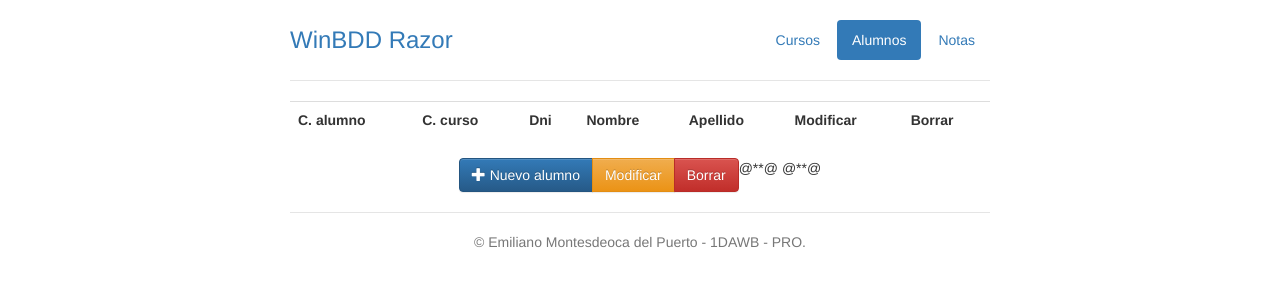
Repository: emontesdeoc/1DAWB
Page: http://localhost/Eclipse/views/alumnos.php
The author's editor kept a copy of each file at every save. The page is drawn from the files as they stood at one save, then again after the next save.
The browser window is 1280 px wide. The pictures show the whole page.
The page is run by PHP 8.4 with error messages shown; the project is at /var/www/html/. Queries for data that is not in the repository find no rows.

Above is the page before, as saved 2017-05-22 10:41:36.

### PRO/Tercer trimestre/Practica/Eclipse/PracticaPHP/views/alumnos.php
<!DOCTYPE html>
<html>
<head>
    <title>PHP - Alumnos</title>
    <link href="assets/css/bootstrap.css" rel="stylesheet">
    <link href="assets/css/bootstrap-theme.css" rel="stylesheet">
    <link href="assets/css/style.css" rel="stylesheet">
    <meta name="viewport" content="width=device-width, initial-scale=1">
</head>
<body>

<?php
session_start();

$mysqli = new mysqli ( "localhost", "root", "", "ocupacional" );
$mysqli->set_charset ( "utf8" );
$result = $mysqli->query ( "select * from alumnos" );
$rowCount = $result->num_rows;

$row = $result->fetch_row();

?>

    <div class="container">
        <div class="header clearfix">
            <nav>
                <ul class="nav nav-pills pull-right">
                    <li role="presentation"><a href="cursos.php">Cursos</a></li>
                    <li role="presentation" class="active"><a href="alumnos.php">Alumnos</a></li>
                    <li role="presentation"><a href="notas.php">Notas</a></li>
                </ul>
            </nav>
            <h3 class="text-muted"><a href="../index.html"> WinBDD Razor </a></h3>
        </div>
        <!-- @* Cursos contenedor *@ -->
        <div id="form-container" style="width:100%;">
            <form method="post" action="">
                <table class="table table-hover" style="margin-bottom: 0px;">
                    <tr>
                        <th>C. alumno</th>
                        <th>C. curso</th>
                        <th>Dni</th>
                        <th>Nombre</th>
                        <th>Apellido</th>
                        <th>Modificar</th>
                        <th>Borrar</th>
                    </tr>

                    <?php

                    while($results = mysqli_fetch_assoc($result)) {
                    	printf("<tr>");
                    	printf("<td>@a.COD_ALU</td>");
                    	printf("<td>@a.COD_CUR</td>");
                    	printf("<td>@a.DNI</td>");
                    	printf("<td>@a.NOMBRE</td>");
                    	printf("<td>@a.APELLIDOS</td>");
                    	printf("<td><button type=\"button\" class=\"btn btn-warning\" data-toggle=\"modal\" data-target=\".bs-modificar-modal-sm\" onclick=\"CargarModificar('@a.COD_ALU', '@a.COD_CUR', '@a.DNI', '@a.APELLIDOS', '@a.NOMBRE');\"><span class=\"glyphicon glyphicon-pencil\" aria-hidden=\"true\"></span> Modificar</button></td>");
                    	printf("<td><button type=\"button\" class=\"btn btn-danger\" data-toggle=\"modal\" data-target=\".bs-borrar-modal-sm\" onclick=\"CargarBorrar('@a.COD_ALU', '@a.COD_CUR', '@a.DNI', '@a.APELLIDOS', '@a.NOMBRE');\"><span class=\"glyphicon glyphicon-remove\" aria-hidden=\"true\"></span> Borrar</button></td>");
                    	printf("</tr>");

                    }
                    ?>
                </table>
                <div class="text-center">
                    <div class="btn-group" role="group" aria-label="..." style="margin-bottom:10px;">

                        <!-- @for (int i = 1; i <= new WinBDDRazor.logic.alumnos().GetAllAlumnos().Count / 5 + 1; i++)
                        {

                            if (i < (new WinBDDRazor.logic.alumnos().GetAllAlumnos().Count / 5) + 1)
                            {
                                @*<button type="submit" class="btn btn-default" name="CargaPaginaAlumnos" value="@i">@i</button>*@
                                <button type="submit" class="btn btn-default" name="CargaPaginaAlumnos" value="@i">@i</button>
                            }

                            if (i == new WinBDDRazor.logic.alumnos().GetAllAlumnos().Count / 5 + 1)
                            {
                                string a = Convert.ToDouble(new WinBDDRazor.logic.alumnos().GetAllAlumnos().Count / 5.00).ToString();
                                string[] ar = a.Split(',');
                                try
                                {
                                    if (Convert.ToInt32(ar[1]) > 0)
                                    {
                                        @*<button type="submit" class="btn btn-default" name="CargaPaginaAlumnos" value="@i">@i</button>*@
                                        <button type="submit" class="btn btn-default" name="CargaPaginaAlumnos" value="@i">@i</button>
                                    }
                                }
                                catch (Exception)
                                {

                                }
                            }
                        } -->
                    </div>
                </div>

            </form>
            <div class="text-center">
                <div class="btn-group" style="text-align:center;">
                    <button type="button" class="btn btn-primary" data-toggle="modal" data-target=".bs-nuevo-modal-sm"><span class="glyphicon glyphicon-plus" aria-hidden="true"></span> Nuevo alumno</button>
                    @*<button type="submit" class="btn btn-warning" data-toggle="modal" data-target=".bs-modificar-modal-sm">Modificar</button>*@
                    @*<button type="submit" class="btn btn-danger" data-toggle="modal" data-target=".bs-borrar-modal-sm">Borrar</button>*@
                </div>
            </div>


        </div>

        <!-- @* Modal nuevo curso *@ -->
        <div class="modal fade bs-nuevo-modal-sm" tabindex="-1" role="dialog" aria-labelledby="mySmallModalLabel">
            <div class="modal-dialog modal-sm" role="document">
                <div class="modal-content">
                    <div class="text-center">
                        <h2>Nuevo alumno</h2>
                    </div>
                    <div id="modal-form-container">
                        <form method="post" action="">
                            <div class="form-group">
                                <label for="cod_alu">Codigo de alumno</label>
                                <input type="text" class="form-control" id="cod_alu" placeholder="Codigo de alumno" name="nuevo_codalu">
                            </div>
                            <div class="form-group">
                                <label for="cod_cur">Codigo de curso</label>
                                <select class="form-control" name="nuevo_codcur" id="cod_cur">
                                    <!-- @foreach (WinBDDRazor.bd.CURSO c in new WinBDDRazor.logic.cursos().GetAllCursos())
                                    { -->
                                    <option value="@c.COD_CUR">@c.DESCRIPCION</option>
                                    <!-- } -->
                                </select>
                            </div>
                            <div class="form-group">
                                <label for="dni">DNI</label>
                                <input type="text" class="form-control" id="dni" placeholder="DNI" name="nuevo_dni">
                            </div>
                            <div class="form-group">
                                <label for="apellidos">Apellidos</label>
                                <input type="text" class="form-control" id="apellidos" placeholder="Apellidos" name="nuevo_apellido">
                            </div>
                            <div class="form-group">
                                <label for="nombre">Nombre</label>
                                <input type="text" class="form-control" id="nombre" placeholder="Nombre" name="nuevo_nombre">
                            </div>
                            <div class="text-center">
                                <div class="form-group btn-group" style="margin-bottom: -15px;">
                                    <button type="submit" class="btn btn-success" name="nuevo_confirmar"><span class="glyphicon glyphicon-ok" aria-hidden="true"></span> Confirmar</button>
                                </div>
                            </div>

                        </form>
                    </div>
                </div>
            </div>
        </div>

        <!-- @* Modal modificar curso *@ -->
        <div class="modal fade bs-modificar-modal-sm" tabindex="-1" role="dialog" aria-labelledby="mySmallModalLabel">
            <div class="modal-dialog modal-sm" role="document">
                <div class="modal-content">
                    <div class="text-center">
                        <h2>Modificar alumno</h2>
                    </div>
                    <div id="modal-form-container">
                        <form method="post" action="">
                            <div class="form-group">
                                <label for="cod_alu">Codigo de alumno</label>
                                <input type="text" class="form-control" id="modificar_cod_alu" placeholder="Codigo de alumno" name="modificar_codalu" value="" readonly />
                            </div>
                            <div class="form-group">
                                <label for="cod_cur">Codigo de curso</label>
                                <select class="form-control" name="modificar_codcur" id="modificar_cod_cur">
                                    <!-- @foreach (WinBDDRazor.bd.CURSO c in new WinBDDRazor.logic.cursos().GetAllCursos())
                                    { -->
                                    <option value="@c.COD_CUR">@c.DESCRIPCION</option>
                                    <!-- } -->
                                </select>
                            </div>
                            <div class="form-group">
                                <label for="dni">DNI</label>
                                <input type="text" class="form-control" id="modificar_dni" placeholder="DNI" name="modificar_dni" value="" />
                            </div>
                            <div class="form-group">
                                <label for="apellidos">Apellidos</label>
                                <input type="text" class="form-control" id="modificar_apellidos" placeholder="Apellidos" name="modificar_apellido" value="" />
                            </div>
                            <div class="form-group">
                                <label for="nombre">Nombre</label>
                                <input type="text" class="form-control" id="modificar_nombre" placeholder="Nombre" name="modificar_nombre" value="" />
                            </div>
                            <div class="text-center">
                                <div class="form-group btn-group" style="margin-bottom: -15px;">
                                    <button type="submit" class="btn btn-success" name="modificar_confirmar"><span class="glyphicon glyphicon-ok" aria-hidden="true"></span> Confirmar</button>
                                </div>
                            </div>
                        </form>
                    </div>
                </div>
            </div>
        </div>

        <!-- @* Modal borrar curso *@ -->
        <div class="modal fade bs-borrar-modal-sm" tabindex="-1" role="dialog" aria-labelledby="mySmallModalLabel">
            <div class="modal-dialog modal-sm" role="document">
                <div class="modal-content">
                    <div class="text-center">
                        <h2>Borrar alumno</h2>
                    </div>
                    <div id="modal-form-container">
                        <form method="post" action="">
                            <div class="form-group">
                                <label for="cod_alu">Codigo de alumno</label>
                                <input type="text" class="form-control" id="borrar_cod_alu" placeholder="Codigo de alumno" name="borrar_codalu" value="" readonly />
                            </div>
                            <div class="form-group">
                                <label for="cod_cur">Codigo de curso</label>
                                <select class="form-control" name="borrar_codcur" id="borrar_cod_cur" readonly>
                                    <!-- @foreach (WinBDDRazor.bd.CURSO c in new WinBDDRazor.logic.cursos().GetAllCursos())
                                    { -->
                                    <option value="@c.COD_CUR">@c.DESCRIPCION</option>
                                    <!-- } -->
                                </select>
                            </div>
                            <div class="form-group">
                                <label for="dni">DNI</label>
                                <input type="text" class="form-control" id="borrar_dni" placeholder="DNI" name="borrar_dni" value="" readonly />
                            </div>
                            <div class="form-group">
                                <label for="apellidos">Apellidos</label>
                                <input type="text" class="form-control" id="borrar_apellidos" placeholder="Apellidos" name="borrar_apellido" value="" readonly />
                            </div>
                            <div class="form-group">
                                <label for="nombre">Nombre</label>
                                <input type="text" class="form-control" id="borrar_nombre" placeholder="Nombre" name="borrar_nombre" value="" readonly />
                            </div>
                            <div class="form-group">
                                <div class="checkbox">
                                    <label>
                                        <input type="checkbox" name="eliminar_checkbox" value="option1" aria-label="...">
                                        Confirmar para borrar curso
                                    </label>
                                </div>
                            </div>
                            <div class="text-center">
                                <div class="form-group btn-group" style="margin-bottom: -15px;">
                                    <button type="submit" class="btn btn-danger" name="borrar_confirmar"><span class="glyphicon glyphicon-remove" aria-hidden="true"></span> Confirmar</button>
                                </div>
                            </div>
                        </form>
                    </div>
                </div>
            </div>
        </div>

        <footer class="footer">
            <p style="text-align:center">&copy; Emiliano Montesdeoca del Puerto - 1DAWB - PRO.</p>
        </footer>
    </div>
    <!-- /container -->
    <!-- jQuery (necessary for Bootstrap's JavaScript plugins) -->
    <script src="https://ajax.googleapis.com/ajax/libs/jquery/1.12.4/jquery.min.js"></script>
    <!-- Include all compiled plugins (below), or include individual files as needed -->
    <script src="assets/js/bootstrap.js"></script>

    <!-- @* Javascript necesario para no hacer postback *@ -->
    <script type="text/javascript" language="javascript">
        function CargarModificar(codalu, codcur, dni, apellidos, nombre) {
            document.getElementById("modificar_cod_alu").setAttribute('value', codalu);
            document.getElementById("modificar_cod_cur").setAttribute('value', codcur);
            document.getElementById("modificar_dni").setAttribute('value', dni);
            document.getElementById("modificar_apellidos").setAttribute('value', apellidos);
            document.getElementById("modificar_nombre").setAttribute('value', nombre);

            var element = document.getElementById('modificar_cod_cur');
            element.value = codcur;
        }
    </script>

    <!-- @* Javascript necesario para no hacer postback *@ -->
    <script type="text/javascript" language="javascript">
        function CargarBorrar(codalu, codcur, dni, apellidos, nombre) {
            document.getElementById("borrar_cod_alu").setAttribute('value', codalu);
            document.getElementById("borrar_cod_cur").setAttribute('value', codcur);
            document.getElementById("borrar_dni").setAttribute('value', dni);
            document.getElementById("borrar_apellidos").setAttribute('value', apellidos);
            document.getElementById("borrar_nombre").setAttribute('value', nombre);

            var element = document.getElementById('borrar_cod_cur');
            element.value = codcur;
        }
    </script>
</body>
</html>

### PRO/Tercer trimestre/Practica/Eclipse/PracticaPHP/views/assets/css/style.css
/* Space out content a bit */
body {
    padding-top: 20px;
    padding-bottom: 20px;
}

/* Everything but the jumbotron gets side spacing for mobile first views */
.header,
.marketing,
.footer {
    padding-right: 15px;
    padding-left: 15px;
}

/* Custom page header */
.header {
    padding-bottom: 20px;
    border-bottom: 1px solid #e5e5e5;
}
    /* Make the masthead heading the same height as the navigation */
    .header h3 {
        margin-top: 0;
        margin-bottom: 0;
        line-height: 40px;
    }

/* Custom page footer */
.footer {
    padding-top: 19px;
    color: #777;
    border-top: 1px solid #e5e5e5;
}

#form-container {
    width: 43%;
    margin: 0 auto;
    margin-bottom: 20px;
}

#modal-form-container {
    margin: 0 auto;
    margin-bottom: 20px;
    padding: 20px;
}

/* Customize container */
@media (min-width: 768px) {
    .container {
        max-width: 730px;
    }
}

.container-narrow > hr {
    margin: 30px 0;
}

/* Main marketing message and sign up button */
.jumbotron {
    text-align: center;
    border-bottom: 1px solid #e5e5e5;
}

    .jumbotron .btn {
        padding: 7px 17px;
        font-size: 17px;
    }

/* Supporting marketing content */
.marketing {
    margin: 40px 0;
}

    .marketing p + h4 {
        margin-top: 28px;
    }

/* Responsive: Portrait tablets and up */
@media screen and (min-width: 768px) {
    /* Remove the padding we set earlier */
    .header,
    .marketing,
    .footer {
        padding-right: 0;
        padding-left: 0;
    }
    /* Space out the masthead */
    .header {
        margin-bottom: 20px;
    }
    /* Remove the bottom border on the jumbotron for visual effect */
    .jumbotron {
        border-bottom: 0;
    }
}

Loaded but not shown: PRO/Tercer trimestre/Practica/Eclipse/PracticaPHP/views/assets/css/bootstrap.css (library); PRO/Tercer trimestre/Practica/Eclipse/PracticaPHP/views/assets/css/bootstrap-theme.css (library); PRO/Tercer trimestre/Practica/Eclipse/PracticaPHP/views/assets/js/bootstrap.js (library)

After the next save:
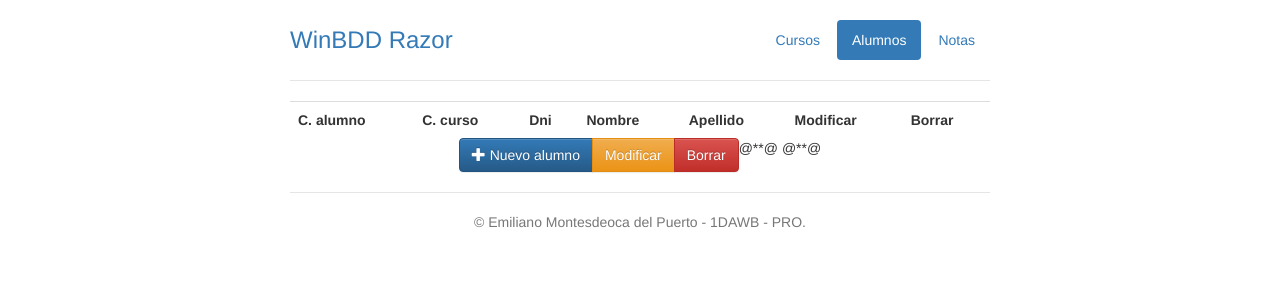
Saved 27 s later.
--- a/PRO/Tercer trimestre/Practica/Eclipse/PracticaPHP/views/alumnos.php
+++ b/PRO/Tercer trimestre/Practica/Eclipse/PracticaPHP/views/alumnos.php
@@ -57,45 +57,12 @@ $row = $result->fetch_row();
                     	printf("<td>@a.APELLIDOS</td>");
                     	printf("<td><button type=\"button\" class=\"btn btn-warning\" data-toggle=\"modal\" data-target=\".bs-modificar-modal-sm\" onclick=\"CargarModificar('@a.COD_ALU', '@a.COD_CUR', '@a.DNI', '@a.APELLIDOS', '@a.NOMBRE');\"><span class=\"glyphicon glyphicon-pencil\" aria-hidden=\"true\"></span> Modificar</button></td>");
                     	printf("<td><button type=\"button\" class=\"btn btn-danger\" data-toggle=\"modal\" data-target=\".bs-borrar-modal-sm\" onclick=\"CargarBorrar('@a.COD_ALU', '@a.COD_CUR', '@a.DNI', '@a.APELLIDOS', '@a.NOMBRE');\"><span class=\"glyphicon glyphicon-remove\" aria-hidden=\"true\"></span> Borrar</button></td>");
-                    	printf("</tr>");
+                    	printf("<tr>");
 
                     }
                     ?>
                 </table>
-                <div class="text-center">
-                    <div class="btn-group" role="group" aria-label="..." style="margin-bottom:10px;">
-
-                        <!-- @for (int i = 1; i <= new WinBDDRazor.logic.alumnos().GetAllAlumnos().Count / 5 + 1; i++)
-                        {
-
-                            if (i < (new WinBDDRazor.logic.alumnos().GetAllAlumnos().Count / 5) + 1)
-                            {
-                                @*<button type="submit" class="btn btn-default" name="CargaPaginaAlumnos" value="@i">@i</button>*@
-                                <button type="submit" class="btn btn-default" name="CargaPaginaAlumnos" value="@i">@i</button>
-                            }
-
-                            if (i == new WinBDDRazor.logic.alumnos().GetAllAlumnos().Count / 5 + 1)
-                            {
-                                string a = Convert.ToDouble(new WinBDDRazor.logic.alumnos().GetAllAlumnos().Count / 5.00).ToString();
-                                string[] ar = a.Split(',');
-                                try
-                                {
-                                    if (Convert.ToInt32(ar[1]) > 0)
-                                    {
-                                        @*<button type="submit" class="btn btn-default" name="CargaPaginaAlumnos" value="@i">@i</button>*@
-                                        <button type="submit" class="btn btn-default" name="CargaPaginaAlumnos" value="@i">@i</button>
-                                    }
-                                }
-                                catch (Exception)
-                                {
-
-                                }
-                            }
-                        } -->
-                    </div>
-                </div>
-
-            </form>
+                           </form>
             <div class="text-center">
                 <div class="btn-group" style="text-align:center;">
                     <button type="button" class="btn btn-primary" data-toggle="modal" data-target=".bs-nuevo-modal-sm"><span class="glyphicon glyphicon-plus" aria-hidden="true"></span> Nuevo alumno</button>
